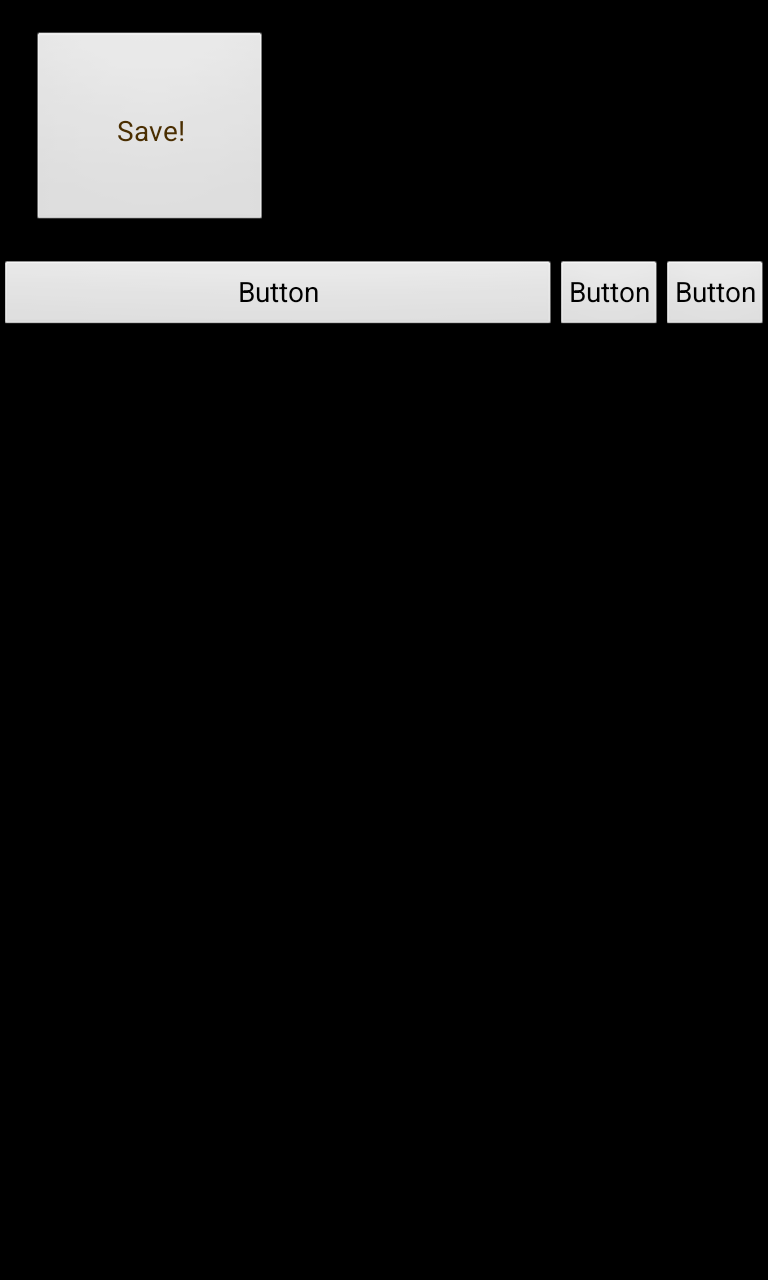
Repository: arcode/Android5124
Layout: HelloPrimitive/res/layout/main.xml
The author's editor kept a copy of each file at every save. The layout is drawn from the files as they stood at one save, then again after the next save.
It is drawn on a 768 x 1280 px phone screen (xhdpi) without system bars, with theme android:Theme; the app's code is not run.

Above is the layout before, as saved 2012-08-03 09:32:06.

After the next save:
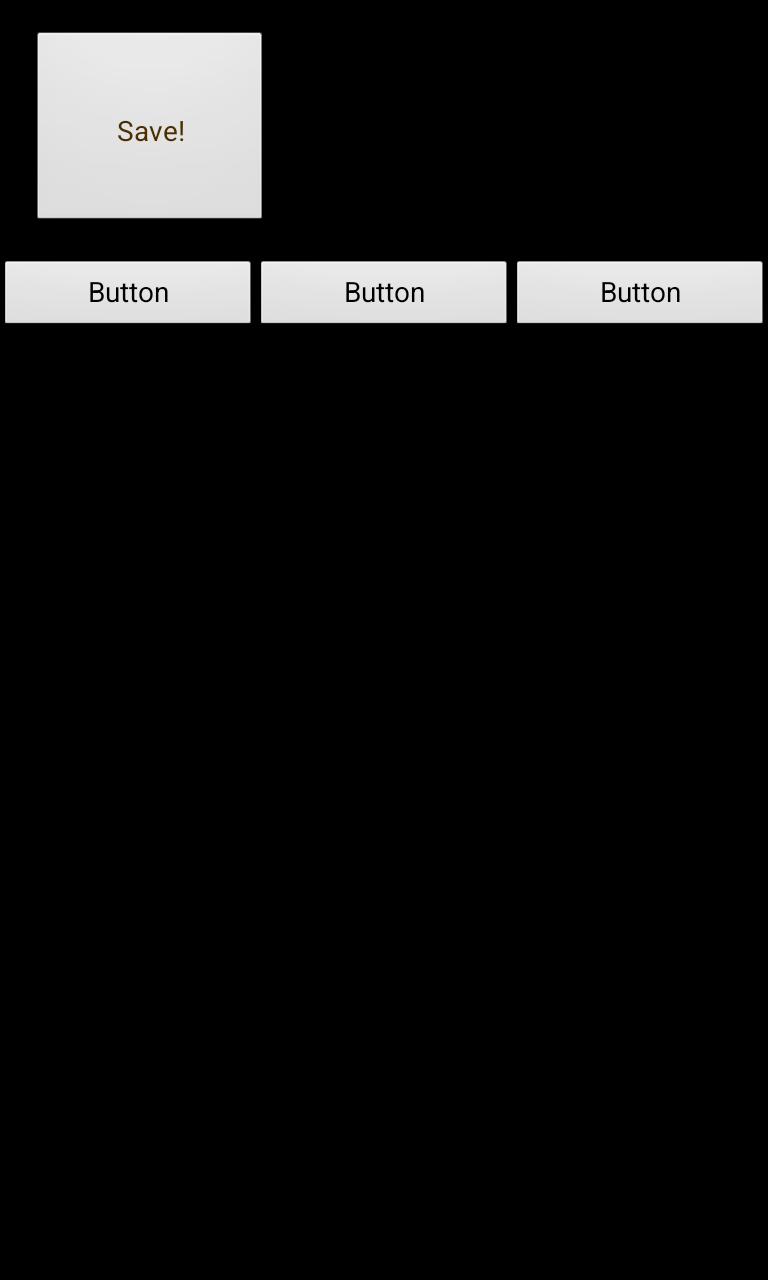
Saved 24 s later.
--- a/HelloPrimitive/res/layout/main.xml
+++ b/HelloPrimitive/res/layout/main.xml
@@ -40,14 +40,14 @@
             style="?android:attr/buttonStyleSmall"
             android:layout_width="wrap_content"
             android:layout_height="wrap_content"
-            android:text="Button" />
+            android:text="Button" android:layout_weight="1"/>
 
         <Button
             android:id="@+id/button3"
             style="?android:attr/buttonStyleSmall"
             android:layout_width="wrap_content"
             android:layout_height="wrap_content"
-            android:text="Button" />
+            android:text="Button" android:layout_weight="1"/>
 
     </LinearLayout>
 
